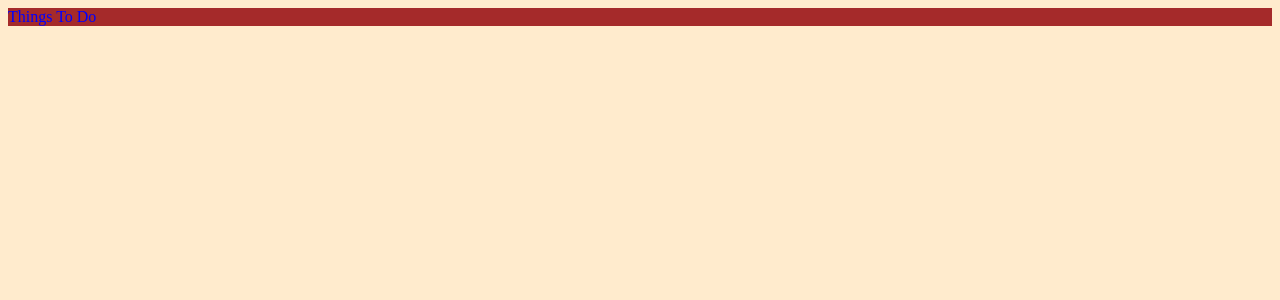
Repository: riya10483/pomodoro
Page: todo.html
The author's editor kept a copy of each file at every save. The page is drawn from the files as they stood at one save, then again after the next save.
The browser window is 1280 px wide. The pictures show the whole page.

Above is the page before, as saved 2024-09-28 17:13:56.

### todo.html
<!DOCTYPE html>
<html lang="en">
<head>
    <meta charset="UTF-8">
    <meta name="viewport" content="width=device-width, initial-scale=1.0">
    <title>To Do List</title>
    <link rel="stylesheet" href="todo.css">
</head>
<body>
    <div id="header">Things To Do</div>
</body>
</html>

### todo.css
* {
    background-color:blanchedalmond;
}
#header {
    color:blue;
    background-color:brown
}

After the next save:
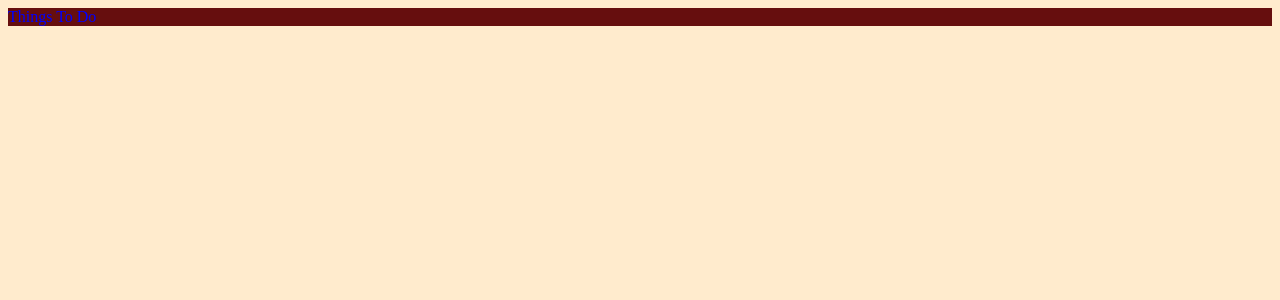
Saved 6 s later.
--- a/todo.css
+++ b/todo.css
@@ -3,5 +3,5 @@
 }
 #header {
     color:blue;
-    background-color:brown
+    background-color:rgb(102, 14, 14)
 }
